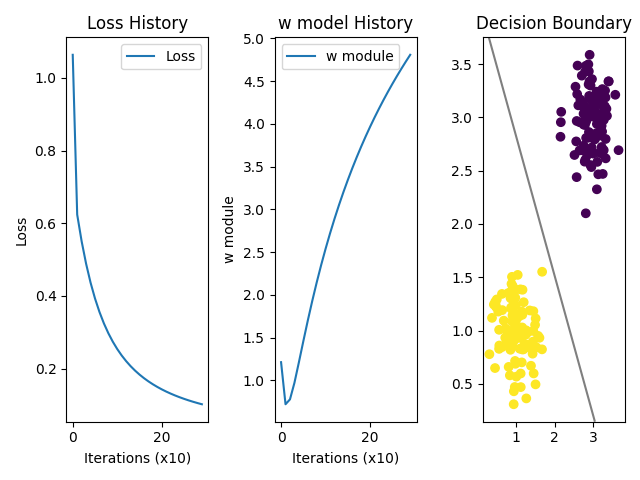
Repository: htlou/MLlab
Script's output: python Lab-logistic/logistic.py
These files come from the project's save history. The script's output is drawn as it stood at one moment and after the next save; the edit follows.
Animations are shown at an early frame. Random numbers start from a fixed seed.

Above is the script's output before, as saved 2023-12-30 13:53:59.

After the next save:
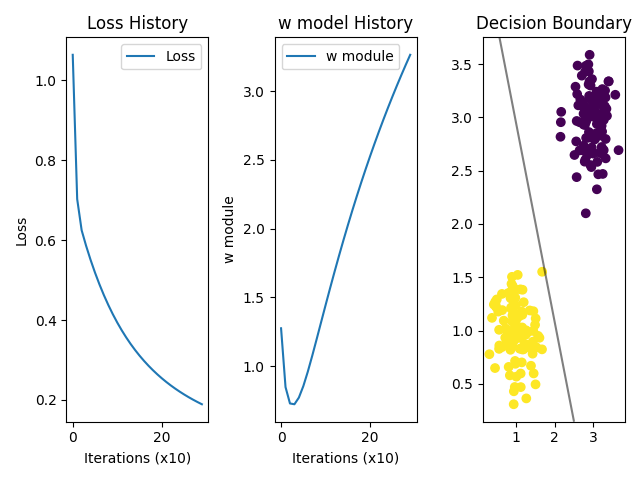
Saved 23 s later.
--- a/Lab-logistic/logistic.py
+++ b/Lab-logistic/logistic.py
@@ -262,4 +262,4 @@ x_test, y_test = gen_2D_dataset(50, 50, noise = 0.7)
 
 
 LR = LogisticRegression()
-LR.fit(x_train, y_train, lr=0.2, n_iter=500,reg=0.1)
+LR.fit(x_train, y_train, lr=0.1, n_iter=1000,reg=0.1)
